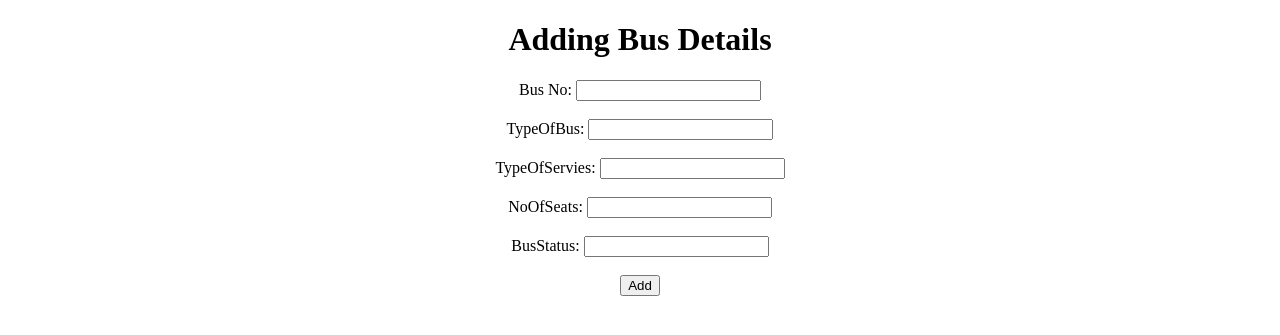
Repository: gummabhargavi/DynWebEjBPoject-AND-server
Page: DynWebEjbBusProject/WebContent/AddBus.html
The author's editor kept a copy of each file at every save. The page is drawn from the files as they stood at one save, then again after the next save.
The browser window is 1280 px wide. The pictures show the whole page.

Above is the page before, as saved 2022-12-07 12:43:01.

### DynWebEjbBusProject/WebContent/AddBus.html
<!DOCTYPE html>
<html>
<head>
<meta charset="ISO-8859-1">
<title>Insert title here</title>
</head>
<body>
       <form action="AddBusServlet">
       <center>
       <h1>Adding Bus Details</h1>
         Bus No:
           <input type="text" name="bus_no"><br/><br/>
         TypeOfBus:
           <input type="text" name="type_of_bus"><br/><br/>
         TypeOfServies:
           <input type="text" name="type_of_servies"><br/><br/>
         NoOfSeats:
           <input type="text" name="no_of_seat"><br/><br/>
         BusStatus:
           <input type="text" name="bus_status"><br/><br/>

        <input type="submit" value="Add">
        </center>
      </form>
</body>
</html>

After the next save:
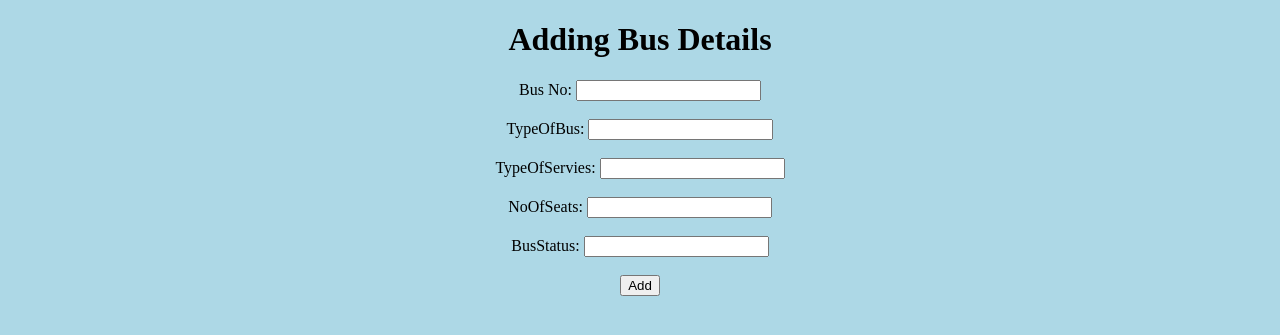
Saved 30 s later.
--- a/DynWebEjbBusProject/WebContent/AddBus.html
+++ b/DynWebEjbBusProject/WebContent/AddBus.html
@@ -4,6 +4,35 @@
 <meta charset="ISO-8859-1">
 <title>Insert title here</title>
 </head>
+ <style>
+body{
+background-color: lightblue;
+}
+table {
+     border-collapse: collapse;
+}
+.heading{
+text-align:center;
+font-family: cursive;
+}
+th, td {
+  padding: 8px;
+  text-align: center;
+  border-bottom: 1px solid #ddd;
+}
+
+tr:hover {
+background-color: #D0EEE1;
+}
+
+
+
+th {
+  background-color: #04AA6D;
+  color: white;
+}
+
+</style>
 <body>
        <form action="AddBusServlet">
        <center>
